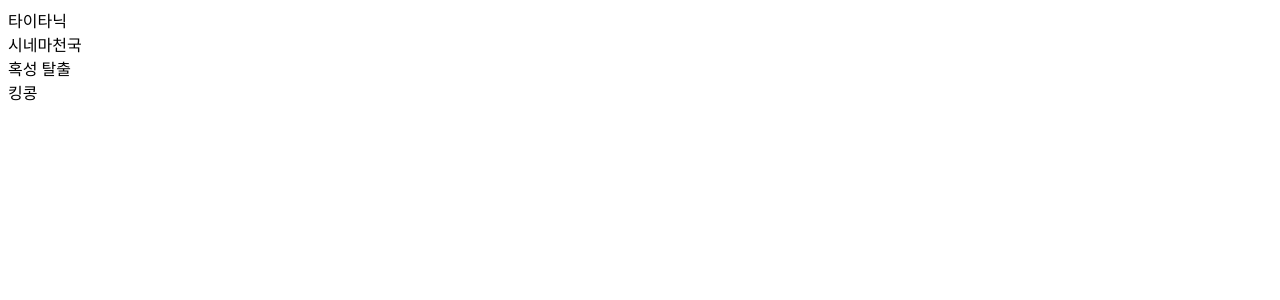
Repository: gangriver/JSP
Page: http://localhost/web-study-07/15_movieList.jsp
The author's editor kept a copy of each file at every save. The page is drawn from the files as they stood at one save, then again after the next save.
The browser window is 1280 px wide. The pictures show the whole page.
The page is served by Tomcat 9.

Above is the page before, as saved 2024-03-05 01:43:29.

### web-study-07/src/main/webapp/15_movieList.jsp
<%@ page language="java" contentType="text/html; charset=UTF-8"
    pageEncoding="UTF-8"%>
<%@ taglib prefix="c" uri="http://java.sun.com/jsp/jstl/core" %>
<%@ taglib prefix="fmt" uri="http://java.sun.com/jsp/jstl/fmt" %>
<!DOCTYPE html>
<html>
<head>
<meta charset="UTF-8">
<title>Insert title here</title>
</head>
<body>
<%
String[] movieList = {"타이타닉", "시네마천국", "혹성 탈출", "킹콩"};
	pageContext.setAttribute("movieList", movieList);
%>

<c:forEach items="${movieList}" var="movie">
${movie} <br>
</c:forEach>
</body>
</html>

After the next save:
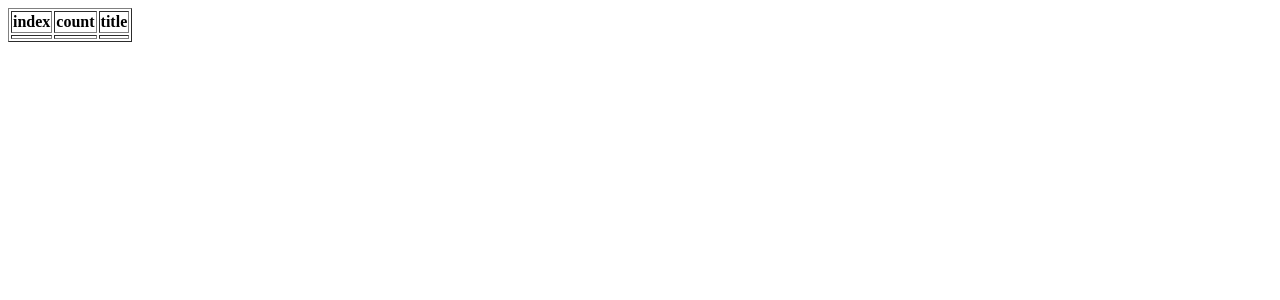
Saved 4 min 34 s later.
--- a/web-study-07/src/main/webapp/15_movieList.jsp
+++ b/web-study-07/src/main/webapp/15_movieList.jsp
@@ -11,11 +11,22 @@
 <body>
 <%
 String[] movieList = {"타이타닉", "시네마천국", "혹성 탈출", "킹콩"};
-	pageContext.setAttribute("movieList", movieList);
+	pageContext.setAttribute("movieList2", movieList);
 %>
 
-<c:forEach items="${movieList}" var="movie">
-${movie} <br>
-</c:forEach>
+<table border="1" style="width: 100%, text-align: center;">
+	<tr>
+		<th>index</th>
+		<th>count</th>
+		<th>title</th>
+	</tr>
+	<tr>
+		<td>${status.index}</td>
+		<td>${status.count}</td>
+		<td>${status.title}</td>
+	</tr>
+</table>
+
+
 </body>
 </html>
